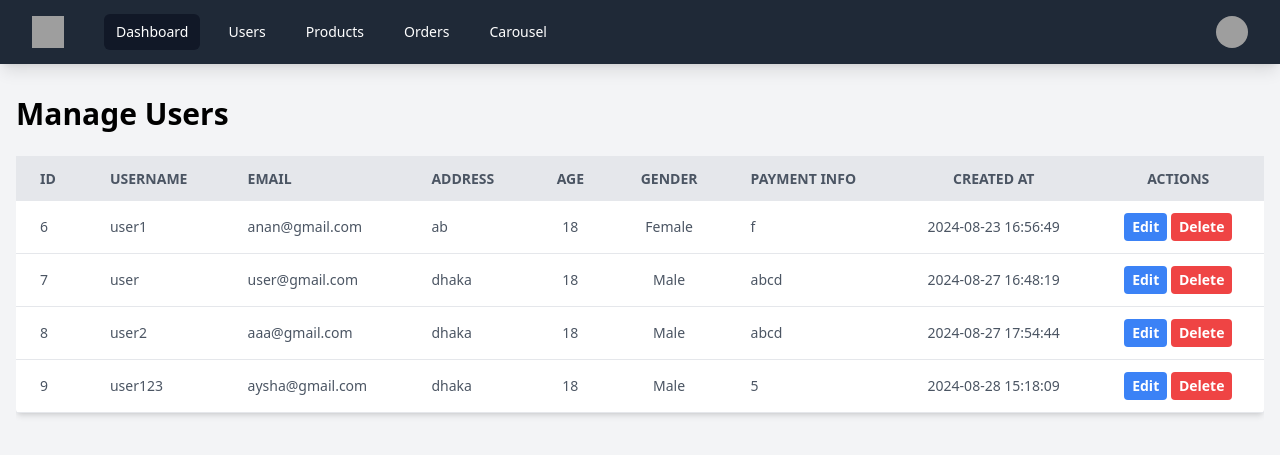
Repository: AsirAl-Anan/php-eccomerce
Page: http://localhost/admin/users_manage.php
The author's editor kept a copy of each file at every save. The page is drawn from the files as they stood at one save, then again after the next save.
The browser window is 1280 px wide. The pictures show the whole page.
Pictures or frames that could not be fetched are drawn as grey boxes. Some web libraries are served in a nearby version. The page is run by PHP 8.4 with error messages shown; the project is at /var/www/html/. The session is filled in as if someone had signed in: {"admin_loggedin": true, "admin_id": 244004, "admin_username": "admin1"}. Other server files are loaded and not shown. The database holds what the project's SQL file puts in it.

Above is the page before, as saved 2024-08-27 00:22:23.

### admin/users_manage.php
<?php
session_start();
require_once '../config/config.php';

// Check if admin is logged in
if (!isset($_SESSION["admin_loggedin"]) || $_SESSION["admin_loggedin"] !== true) {
    header("location: admin_login.php");
    exit;
}

// Function to get all users
function getAllUsers($conn)
{
    $sql = "SELECT id, username, email, address, age, gender, payment_info, created_at FROM users";
    $result = $conn->query($sql);
    return $result->fetch_all(MYSQLI_ASSOC);
}

// Handle user deletion
if (isset($_POST['delete_user'])) {
    $user_id = $_POST['user_id'];

    $conn->query("SET foreign_key_checks = 0");

    try {
        $sql = "DELETE FROM orders WHERE user_id = ?";
        $stmt = $conn->prepare($sql);
        $stmt->bind_param("i", $user_id);
        $stmt->execute();

        $sql = "DELETE FROM cart WHERE user_id = ?";
        $stmt = $conn->prepare($sql);
        $stmt->bind_param("i", $user_id);
        $stmt->execute();

        $sql = "DELETE FROM users WHERE id = ?";
        $stmt = $conn->prepare($sql);
        $stmt->bind_param("i", $user_id);
        $stmt->execute();

        echo "User and related data deleted successfully";
    } catch (Exception $e) {
        echo "Error deleting user: " . $e->getMessage();
    } finally {
        $conn->query("SET foreign_key_checks = 1");
    }
}
// Handle user edit
if (isset($_POST['edit_user'])) {
    $user_id = $_POST['user_id'];
    $username = $_POST['username'];
    $email = $_POST['email'];
    $address = $_POST['address'];
    $age = $_POST['age'];
    $gender = $_POST['gender'];
    $payment_info = $_POST['payment_info'];

    $sql = "UPDATE users SET username = ?, email = ?, address = ?, age = ?, gender = ?, payment_info = ? WHERE id = ?";
    $stmt = $conn->prepare($sql);
    $stmt->bind_param("sssissi", $username, $email, $address, $age, $gender, $payment_info, $user_id);

    if ($stmt->execute()) {
        echo "User updated successfully!";
    } else {
        echo "Error updating user: " . $conn->error;
    }
}
$users = getAllUsers($conn);


?>


<!DOCTYPE html>
<html lang="en">

<head>
    <meta charset="UTF-8">
    <meta name="viewport" content="width=device-width, initial-scale=1.0">
    <title>Admin Panel</title>
    <script src="https://cdn.tailwindcss.com"></script>
</head>

<body class="bg-gray-100 ">


    <nav class="bg-gray-800 text-white shadow-lg">
        <div class="max-w-7xl mx-auto px-4 sm:px-6 lg:px-8">
            <div class="flex items-center justify-between h-16">
                <div class="flex items-center">
                    <a href="#" class="flex-shrink-0">
                        <img class="h-8 w-8" src="https://tailwindui.com/img/logos/workflow-mark-indigo-500.svg"
                            alt="Workflow">
                    </a>
                    <div class="hidden md:block">
                        <div class="ml-10 flex items-baseline space-x-4">
                            <a href="admin_panel.php" class="px-3 py-2 rounded-md text-sm font-medium bg-gray-900">Dashboard</a>
                            <a href="manage_users.php" class="px-3 py-2 rounded-md text-sm font-medium hover:bg-gray-700">Users</a>
                            <a href="manage_product.php" class="px-3 py-2 rounded-md text-sm font-medium hover:bg-gray-700">Products</a>
                            <a href="order_manage.php" class="px-3 py-2 rounded-md text-sm font-medium hover:bg-gray-700">Orders</a>
                            <a href="edit_carousel.php" class="px-3 py-2 rounded-md text-sm font-medium hover:bg-gray-700">Carousel</a>
                        </div>
                    </div>
                </div>
                <div class="hidden md:block">
                    <div class="ml-4 flex items-center md:ml-6">
                        <button
                            class="p-1 rounded-full hover:bg-gray-700 focus:outline-none focus:ring-2 focus:ring-offset-2 focus:ring-offset-gray-800 focus:ring-white">
                            <span class="sr-only">View notifications</span>
                            <i class="fas fa-bell"></i>
                        </button>
                        <div class="ml-3 relative">
                            <div>
                                <button
                                    class="max-w-xs bg-gray-800 rounded-full flex items-center text-sm focus:outline-none focus:ring-2 focus:ring-offset-2 focus:ring-offset-gray-800 focus:ring-white">
                                    <span class="sr-only">Open user menu</span>
                                    <img class="h-8 w-8 rounded-full"
                                        src="https://images.unsplash.com/photo-1472099645785-5658abf4ff4e?ixlib=rb-1.2.1&ixid=eyJhcHBfaWQiOjEyMDd9&auto=format&fit=facearea&facepad=2&w=256&h=256&q=80"
                                        alt="">
                                </button>
                            </div>
                        </div>
                    </div>
                </div>
                <div class="-mr-2 flex md:hidden">
                    <button type="button"
                        class="inline-flex items-center justify-center p-2 rounded-md text-gray-400 hover:text-white hover:bg-gray-700 focus:outline-none focus:ring-2 focus:ring-offset-2 focus:ring-offset-gray-800 focus:ring-white">
                        <span class="sr-only">Open main menu</span>
                        <i class="fas fa-bars"></i>
                    </button>
                </div>
            </div>
        </div>
    </nav>

    <div class="container mx-auto px-4 py-8">
        <h1 class="text-3xl font-bold mb-6">Manage Users</h1>
        <div class="overflow-x-auto">
            <table class="w-full bg-white shadow-md rounded mb-4">
                <thead>
                    <tr class="bg-gray-200 text-gray-600 uppercase text-sm leading-normal">
                        <th class="py-3 px-6 text-left">ID</th>
                        <th class="py-3 px-6 text-left">Username</th>
                        <th class="py-3 px-6 text-left">Email</th>
                        <th class="py-3 px-6 text-left">Address</th>
                        <th class="py-3 px-6 text-center">Age</th>
                        <th class="py-3 px-6 text-center">Gender</th>
                        <th class="py-3 px-6 text-left">Payment Info</th>

                        <th class="py-3 px-6 text-center">Created At</th>
                        <th class="py-3 px-6 text-center">Actions</th>
                    </tr>
                </thead>
                <tbody class="text-gray-600 text-sm font-light">
                    <?php foreach ($users as $user): ?>
                        <tr class="border-b border-gray-200 hover:bg-gray-100">
                            <td class="py-3 px-6 text-left whitespace-nowrap"><?php echo $user['id']; ?></td>
                            <td class="py-3 px-6 text-left"><?php echo htmlspecialchars($user['username']); ?></td>
                            <td class="py-3 px-6 text-left"><?php echo htmlspecialchars($user['email']); ?></td>
                            <td class="py-3 px-6 text-left"><?php echo htmlspecialchars($user['address']); ?></td>
                            <td class="py-3 px-6 text-center"><?php echo $user['age']; ?></td>
                            <td class="py-3 px-6 text-center"><?php echo htmlspecialchars($user['gender']); ?></td>
                            <td class="py-3 px-6 text-left"><?php echo htmlspecialchars($user['payment_info']); ?></td>

                            <td class="py-3 px-6 text-center"><?php echo $user['created_at']; ?></td>
                            <td class="py-3 px-6 text-center">
                                <button onclick="openEditModal(<?php echo htmlspecialchars(json_encode($user)); ?>)"
                                    class="bg-blue-500 hover:bg-blue-700 text-white font-bold py-1 px-2 rounded">Edit</button>
                                <form method="POST" action="" class="inline">
                                    <input type="hidden" name="user_id" value="<?php echo $user['id']; ?>">
                                    <button type="submit" name="delete_user"
                                        class="bg-red-500 hover:bg-red-700 text-white font-bold py-1 px-2 rounded"
                                        onclick="return confirm('Are you sure you want to delete this user?')">Delete</button>
                                </form>
                            </td>
                        </tr>
                    <?php endforeach; ?>
                </tbody>
            </table>
        </div>
    </div>











        <script>






            function openEditModal(user) {
                // Populate the modal fields with the user data
                document.getElementById('edit_user_id').value = user.id;
                document.getElementById('edit_username').value = user.username;
                document.getElementById('edit_email').value = user.email;
                document.getElementById('edit_address').value = user.address;
                document.getElementById('edit_age').value = user.age;
                document.getElementById('edit_gender').value = user.gender;
                document.getElementById('edit_payment_info').value = user.payment_info;

                // Show the modal
                document.getElementById('editModal').classList.remove('hidden');
            }

            function closeEditModal() {
                // Hide the modal
                document.getElementById('editModal').classList.add('hidden');
            }



        </script>






</body>

</html>

### config/config.php
<?PHP
// define('SERVER','localhost');
// define('USERNAME','ANAN');
// define('PASSWORD','1234');
// define('DATABASE_NAME','eccomercesite');
if (!defined('SERVER')) define('SERVER', 'localhost');
if (!defined('USERNAME')) define('USERNAME', 'ANAN');
if (!defined('PASSWORD')) define('PASSWORD', '1234');
if (!defined('DATABASE_NAME')) define('DATABASE_NAME', 'eccomercesite');

$conn = new mysqli(SERVER, USERNAME, PASSWORD, DATABASE_NAME);

if ($conn->connect_error) {
    die("Connection failed: " . $conn->connect_error);
}

### eccomercesite.sql (the tables this page reads)
CREATE TABLE `users` (
  `id` int(11) NOT NULL,
  `username` varchar(50) NOT NULL,
  `password` varchar(255) NOT NULL,
  `email` varchar(100) NOT NULL,
  `created_at` timestamp NOT NULL DEFAULT current_timestamp(),
  `address` varchar(255) DEFAULT NULL,
  `age` int(11) DEFAULT NULL,
  `gender` enum('Male','Female','Other') DEFAULT NULL,
  `payment_info` varchar(255) DEFAULT NULL,
  `is_admin` tinyint(1) DEFAULT 0,
  `profile_picture` varchar(255) DEFAULT NULL,
  `is_active` tinyint(1) DEFAULT 1
) ENGINE=InnoDB DEFAULT CHARSET=utf8mb4 COLLATE=utf8mb4_general_ci;

INSERT INTO `users` (`id`, `username`, `password`, `email`, `created_at`, `address`, `age`, `gender`, `payment_info`, `is_admin`, `profile_picture`, `is_active`) VALUES
(6, 'user1', '$2y$10$H0sHrVpfBgiT1PPLuY30M.pel1W/jbkOkyG38d5CehW5iFSsMho7C', 'anan@gmail.com', '2024-08-23 16:56:49', 'ab', 18, 'Female', 'f', 0, '../uploads/66d2dc058fc64.png', 1),
(7, 'user', '$2y$10$AbcDjjUtnqLywkoWXuBvQeWf5eM8BAiCglfz2N8Se/nb85tpbVkzK', 'user@gmail.com', '2024-08-27 16:48:19', 'dhaka', 18, 'Male', 'abcd', 0, '../uploads/66ce0368c519d.jpg', 1),
(8, 'user2', '$2y$10$ypkdEWV3J01PPorOjNwrv.56hapDMiOvwLuV1DO1rGCvVWSbfR8XS', 'aaa@gmail.com', '2024-08-27 17:54:44', 'dhaka', 18, 'Male', 'abcd', 0, NULL, 1),
(9, 'user123', '$2y$10$Ec5imssTdW7LVxDYUYV03emzQvWz70SJ3yTDPTB8oMQvSHx.eYguC', 'aysha@gmail.com', '2024-08-28 15:18:09', 'dhaka', 18, 'Male', '5', 0, '../uploads/66cf562f1d5b8.jpg', 1);

ALTER TABLE `users`
  ADD PRIMARY KEY (`id`),
  ADD UNIQUE KEY `username` (`username`),
  ADD UNIQUE KEY `email` (`email`);

ALTER TABLE `users`
  MODIFY `id` int(11) NOT NULL AUTO_INCREMENT, AUTO_INCREMENT=10;

After the next save:
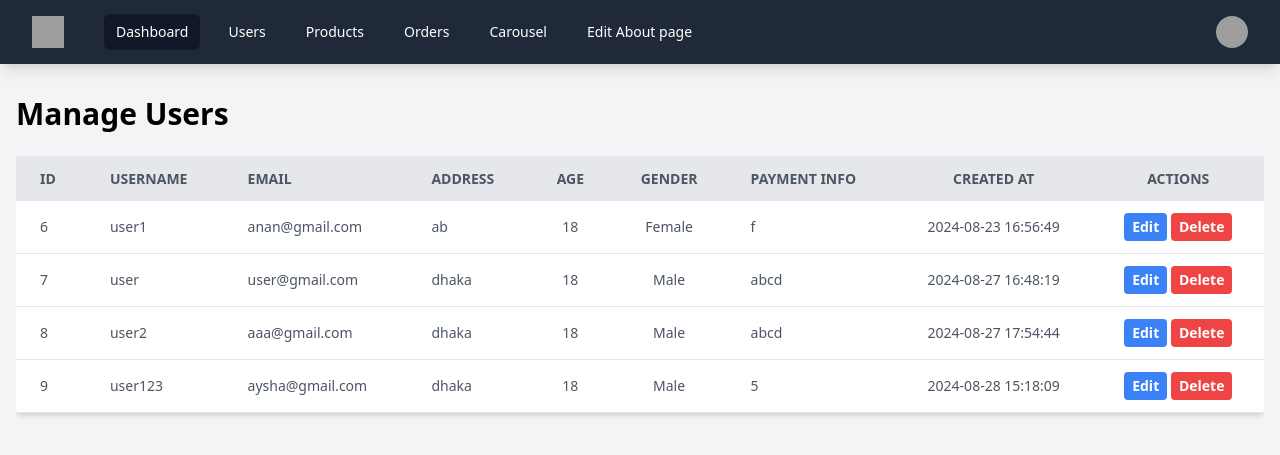
Saved 10 s later.
--- a/admin/users_manage.php
+++ b/admin/users_manage.php
@@ -99,6 +99,7 @@ $users = getAllUsers($conn);
                             <a href="manage_product.php" class="px-3 py-2 rounded-md text-sm font-medium hover:bg-gray-700">Products</a>
                             <a href="order_manage.php" class="px-3 py-2 rounded-md text-sm font-medium hover:bg-gray-700">Orders</a>
                             <a href="edit_carousel.php" class="px-3 py-2 rounded-md text-sm font-medium hover:bg-gray-700">Carousel</a>
+                            <a href="edit_about_page.php" class="px-3 py-2 rounded-md text-sm font-medium hover:bg-gray-700">Edit About page</a>
                         </div>
                     </div>
                 </div>
